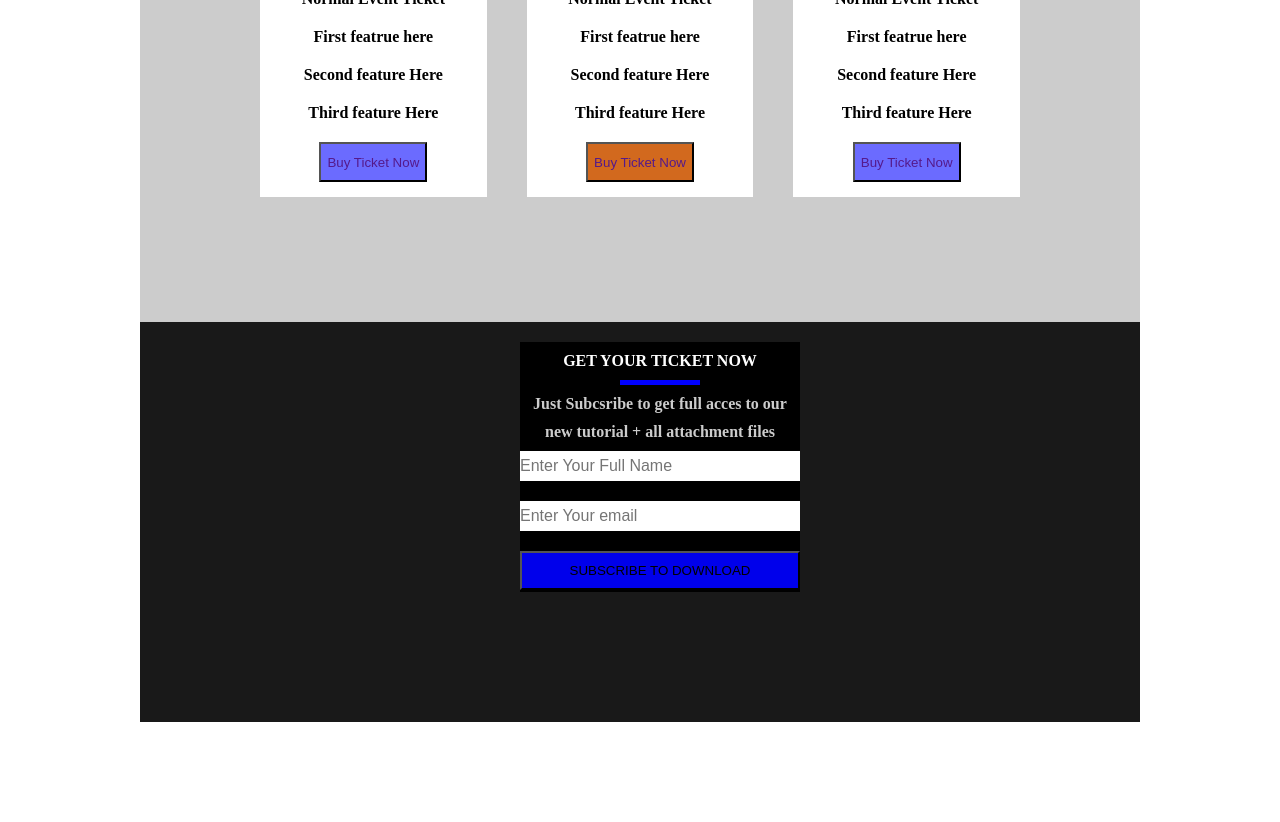
Repository: duyancol/project-ltw-nhom13
Page: page b/index.html
The author's editor kept a copy of each file at every save. The page is drawn from the files as they stood at one save, then again after the next save.
The browser window is 1280 px wide. The pictures show the part of the page from y = 1038 to 1860 px (the page is 1860 px tall).
A picture or video elsewhere on the page could not be fetched, so the positions and the page height are approximate. Some web fonts or font styles are not loaded; a fallback is used.

Above is the page before, as saved 2021-10-18 11:52:01.

After the next save:
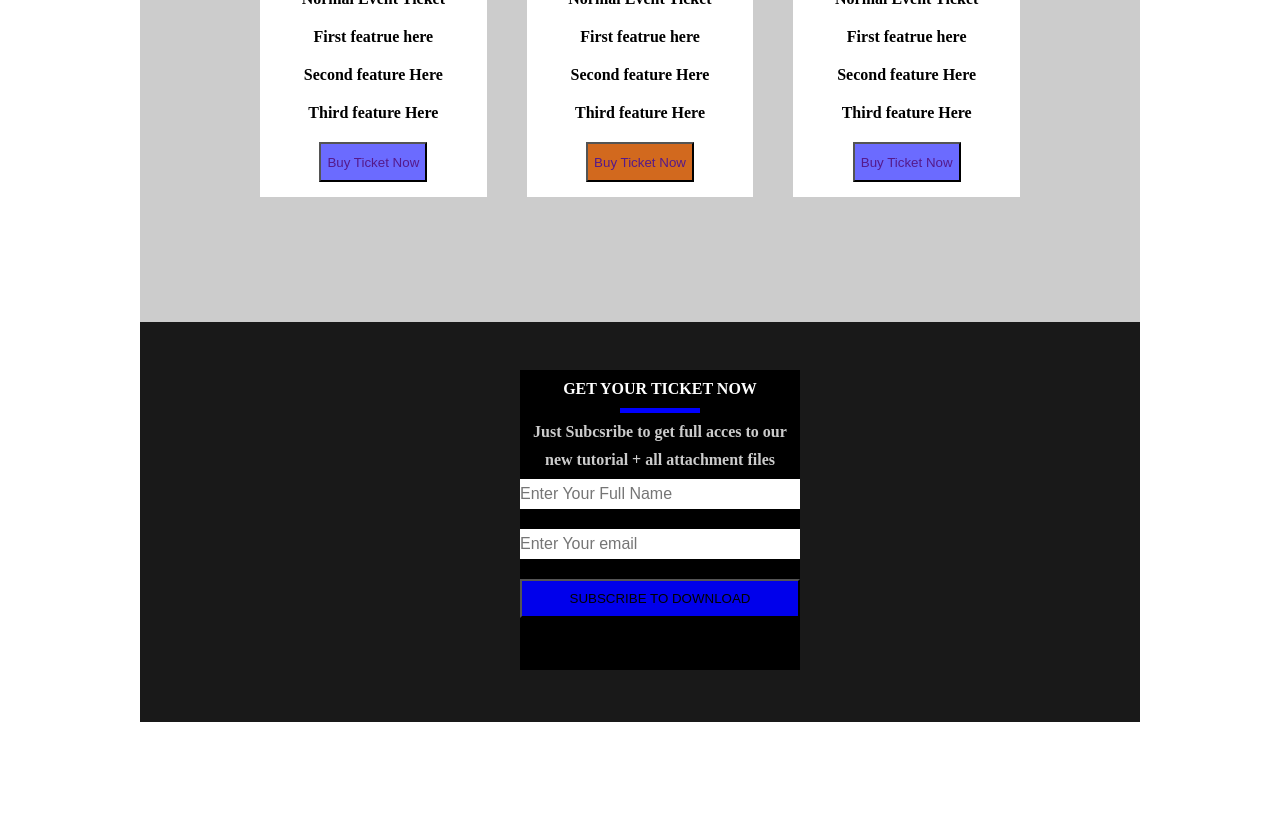
Saved 86 s later.
--- a/page b/style.css
+++ b/page b/style.css
@@ -157,11 +157,11 @@
     position: absolute;
     width: 35%;
     background-color: black;
-    height: 250px;
+    height: 300px;
     text-align: center;
-    top: 20px;
-   left: 35%;
-
+    top: 48px;
+    left: 35%;
+    right: 40%;
 
  right: 40%;
 
